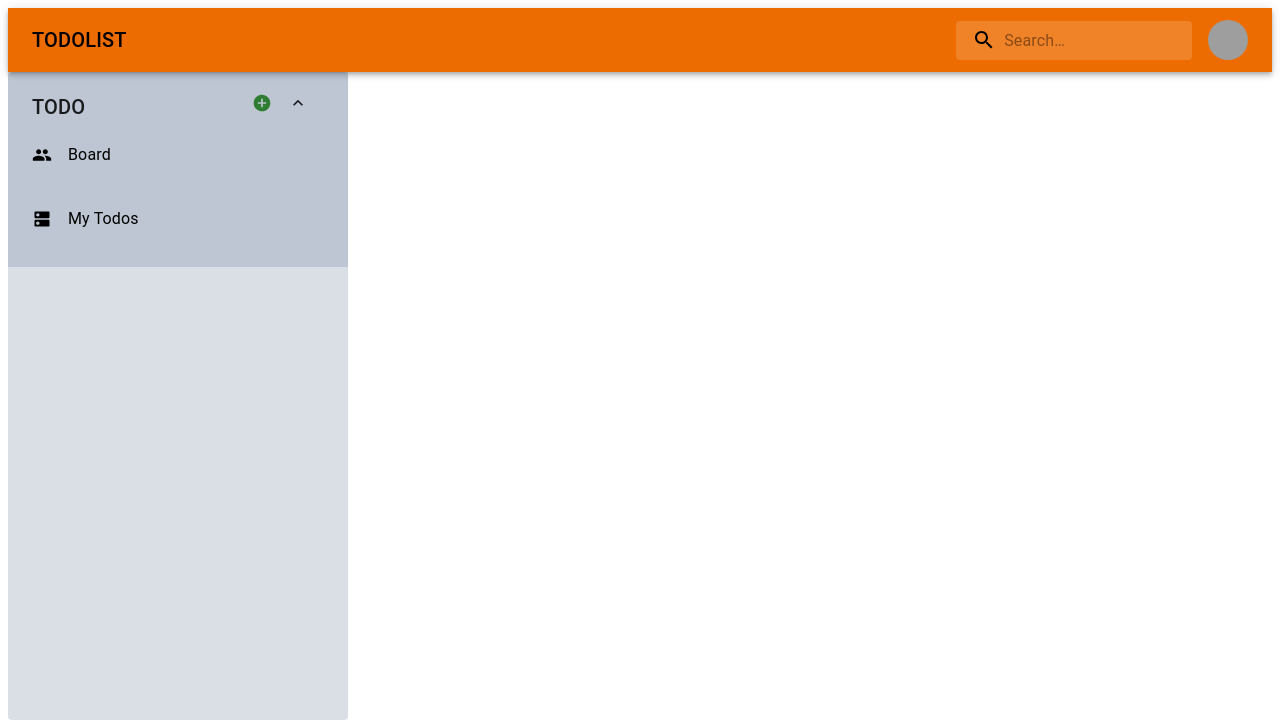
Repository: HrishrathTBS/Trackerbea
Page: /mytodos (app in client/)
These files come from the project's save history. The page is drawn as it stood at one moment and after a run of saves; the edit follows.
The browser window is 1280 px wide. The pictures show the whole page.
Pictures or frames that could not be fetched are drawn as grey boxes. The project was rebuilt for these pictures with package versions that can differ from the ones it lists, and the page was loaded fresh each time. Also part of the build but not shown: client/src/components/TodoList.js, client/src/components/Board.js.

Above is the page before, as saved 2022-03-09 14:28:48.

### client/public/index.html
<!DOCTYPE html>
<html lang="en">
  <head>
    <meta charset="utf-8" />
    <link rel="icon" href="%PUBLIC_URL%/favicon.ico" />
    <meta name="viewport" content="width=device-width, initial-scale=1" />
    <meta name="theme-color" content="#000000" />
    <meta
      name="description"
      content="Web site created using mernboilerplate"
    />
    <link rel="apple-touch-icon" href="%PUBLIC_URL%/logo192.png" />
    <!--
      manifest.json provides metadata used when your web app is installed on a
      user's mobile device or desktop. See https://developers.google.com/web/fundamentals/web-app-manifest/
    -->
    <link rel="manifest" href="%PUBLIC_URL%/manifest.json" />
    <!--
      Notice the use of %PUBLIC_URL% in the tags above.
      It will be replaced with the URL of the `public` folder during the build.
      Only files inside the `public` folder can be referenced from the HTML.

      Unlike "/favicon.ico" or "favicon.ico", "%PUBLIC_URL%/favicon.ico" will
      work correctly both with client-side routing and a non-root public URL.
      Learn how to configure a non-root public URL by running `npm run build`.
    -->
    <title>MERN App</title>
  </head>
  <body>
    <noscript>You need to enable JavaScript to run this app.</noscript>
    <div id="root"></div>
    <!--
      This HTML file is a template.
      If you open it directly in the browser, you will see an empty page.

      You can add webfonts, meta tags, or analytics to this file.
      The build step will place the bundled scripts into the <body> tag.

      To begin the development, run `npm start` or `yarn start`.
      To create a production bundle, use `npm run build` or `yarn build`.
    -->
  </body>
</html>

### client/src/App.js
import React from 'react';
import { BrowserRouter } from 'react-router-dom';
import AppRoutes from './UseRoutes';

const App = () => {
  return (
    <>
      <BrowserRouter>{<AppRoutes />}</BrowserRouter>
    </>
  );
};

export default App;

### client/src/UseRoutes.js
import React from 'react';
import { useRoutes } from 'react-router-dom';
import Board from './components/Board';
import Layout from './components/Layout';
import MyTodos from './components/MyTodos';

const AppRoutes = () => {
  return useRoutes([
    {
      path: '',
      element: <Layout />,
      children: [
        {
          path: 'board',
          element: <Board />,
        },
        {
          path: 'mytodos',
          element: <MyTodos />,
        },
      ],
    },
  ]);
};

export default AppRoutes;

### client/src/components/Layout.js
import React from 'react';
import { Outlet } from 'react-router-dom';
import Header from './Header';
import SideBar from './SideBar';

const Layout = () => {
  return (
    <>
      <Header />
      <div style={{ display: 'flex' }}>
        <SideBar />
        {<Outlet />}
      </div>
    </>
  );
};

export default Layout;

### client/src/components/MyTodos.js
import React from 'react';

const MyTodos = () => {
  return (
    <div>
      <h1></h1>
    </div>
  );
};

export default MyTodos;

### client/src/components/Header.js
import * as React from 'react';
import AppBar from '@mui/material/AppBar';
import Box from '@mui/material/Box';
import Toolbar from '@mui/material/Toolbar';
import IconButton from '@mui/material/IconButton';
import Typography from '@mui/material/Typography';
import Menu from '@mui/material/Menu';
import MenuIcon from '@mui/icons-material/Menu';
import Container from '@mui/material/Container';
import Avatar from '@mui/material/Avatar';
import Tooltip from '@mui/material/Tooltip';
import MenuItem from '@mui/material/MenuItem';
import SearchIcon from '@mui/icons-material/Search';
import { styled, alpha } from '@mui/material/styles';
import { InputBase } from '@mui/material';

const pages = ['Header'];
const settings = ['Profile', 'Account', 'Dashboard', 'Logout'];

const Search = styled('div')(({ theme }) => ({
  position: 'relative',
  borderRadius: theme.shape.borderRadius,
  backgroundColor: alpha(theme.palette.common.white, 0.15),
  '&:hover': {
    backgroundColor: alpha(theme.palette.common.white, 0.25),
  },
  marginRight: theme.spacing(2),
  marginLeft: 0,
  width: '100%',
  [theme.breakpoints.up('sm')]: {
    marginLeft: theme.spacing(3),
    width: 'auto',
  },
}));
const SearchIconWrapper = styled('div')(({ theme }) => ({
  padding: theme.spacing(0, 2),
  height: '100%',
  position: 'absolute',
  pointerEvents: 'none',
  color: 'black',
  display: 'flex',
  alignItems: 'center',
  justifyContent: 'center',
}));
const StyledInputBase = styled(InputBase)(({ theme }) => ({
  color: 'black',
  '& .MuiInputBase-input': {
    padding: theme.spacing(1, 1, 1, 0),
    paddingLeft: `calc(1em + ${theme.spacing(4)})`,
    transition: theme.transitions.create('width'),
    width: '100%',
    [theme.breakpoints.up('md')]: {
      width: '20ch',
    },
  },
}));

const Header = () => {
  const [anchorElNav, setAnchorElNav] = React.useState(null);
  const [anchorElUser, setAnchorElUser] = React.useState(null);

  const handleOpenNavMenu = (event) => {
    setAnchorElNav(event.currentTarget);
  };
  const handleOpenUserMenu = (event) => {
    setAnchorElUser(event.currentTarget);
  };

  const handleCloseNavMenu = () => {
    setAnchorElNav(null);
  };

  const handleCloseUserMenu = () => {
    setAnchorElUser(null);
  };

  return (
    <AppBar position='static' color='warning'>
      <Container maxWidth='xl'>
        <Toolbar disableGutters>
          <Typography variant='h6' noWrap component='div' sx={{ mr: 2, display: { xs: 'none', md: 'flex', color: 'black' } }}>
            TODOLIST
          </Typography>
          <Box sx={{ flexGrow: 1, display: { xs: 'flex', md: 'none' } }}>
            <IconButton size='large' aria-label='account of current user' aria-controls='menu-appbar' aria-haspopup='true' onClick={handleOpenNavMenu} color='inherit'>
              <MenuIcon />
            </IconButton>
            <Menu
              id='menu-appbar'
              anchorEl={anchorElNav}
              anchorOrigin={{
                vertical: 'bottom',
                horizontal: 'left',
              }}
              keepMounted
              transformOrigin={{
                vertical: 'top',
                horizontal: 'left',
              }}
              open={Boolean(anchorElNav)}
              onClose={handleCloseNavMenu}
              sx={{
                display: { xs: 'block', md: 'none' },
              }}
            >
              {pages.map((page) => (
                <MenuItem key={page} onClick={handleCloseNavMenu}>
                  <Typography textAlign='center'>{page}</Typography>
                </MenuItem>
              ))}
            </Menu>
          </Box>

          <Typography variant='h6' noWrap component='div' sx={{ flexGrow: 1, display: { xs: 'flex', md: 'none' } }}>
            TODOLIST
          </Typography>
          <Box sx={{ flexGrow: 1, display: { xs: 'none', md: 'flex' } }}></Box>
          <Search>
            <SearchIconWrapper>
              <SearchIcon />
            </SearchIconWrapper>
            <StyledInputBase placeholder='Search…' inputProps={{ 'aria-label': 'search' }} />
          </Search>
          <Box sx={{ flexGrow: 0 }}>
            <Tooltip title='Open settings'>
              <IconButton onClick={handleOpenUserMenu} sx={{ p: 0 }}>
                <Avatar alt='Remy Sharp' src='/static/images/avatar/2.jpg' />
              </IconButton>
            </Tooltip>
            <Menu
              sx={{ mt: '45px' }}
              id='menu-appbar'
              anchorEl={anchorElUser}
              anchorOrigin={{
                vertical: 'top',
                horizontal: 'right',
              }}
              keepMounted
              transformOrigin={{
                vertical: 'top',
                horizontal: 'right',
              }}
              open={Boolean(anchorElUser)}
              onClose={handleCloseUserMenu}
            >
              {settings.map((setting) => (
                <MenuItem key={setting} onClick={handleCloseUserMenu}>
                  <Typography textAlign='center'>{setting}</Typography>
                </MenuItem>
              ))}
            </Menu>
          </Box>
        </Toolbar>
      </Container>
    </AppBar>
  );
};
export default Header;

### client/src/components/SideBar.js
import * as React from 'react';
import Box from '@mui/material/Box';
import { styled, ThemeProvider, createTheme } from '@mui/material/styles';
import Divider from '@mui/material/Divider';
import List from '@mui/material/List';
import ListItemButton from '@mui/material/ListItemButton';
import ListItemIcon from '@mui/material/ListItemIcon';
import ListItemText from '@mui/material/ListItemText';
import Paper from '@mui/material/Paper';
import People from '@mui/icons-material/People';
import Dns from '@mui/icons-material/Dns';
import ListItem from './ListItem';

const data = [
  { icon: <People />, label: 'Board', link: '/board' },
  { icon: <Dns />, label: 'My Todos ', link: '/mytodos' },
];

const FireNav = styled(List)({
  '& .MuiListItemButton-root': {
    paddingLeft: 24,
    paddingRight: 24,
  },
  '& .MuiListItemIcon-root': {
    minWidth: 0,
    marginRight: 16,
  },
  '& .MuiSvgIcon-root': {
    fontSize: 20,
  },
});

export default function CustomizedList({ primary }) {
  const [open, setOpen] = React.useState(true);

  return (
    <Box sx={{ display: 'flex', height: '90vh' }}>
      <ThemeProvider
        theme={createTheme({
          components: {
            MuiListItemButton: {
              defaultProps: {
                disableTouchRipple: true,
              },
            },
          },
          palette: {
            background: { paper: 'rgba(71, 98, 130, 0.2)' },
          },
        })}
      >
        <Paper elevation={0} sx={{ maxWidth: 370 }}>
          <FireNav component='nav' disablePadding>
            <Divider />
            <Box
              sx={{
                bgcolor: open ? 'rgba(71, 98, 130, 0.2)' : null,
                pb: open ? 2 : 0,
              }}
            >
              <ListItem primary='ToDo' />
              {open &&
                data.map((item) => (
                  <ListItemButton key={item.label} sx={{ py: 2, minHeight: 32, color: 'rgba(0,0,0,1)', justifyContent: 'flex-start' }}>
                    <ListItemIcon sx={{ color: 'inherit' }}>{item.icon}</ListItemIcon>
                    <ListItemText>
                      <a href={item.link} style={{ textDecoration: 'none', color: 'black' }}>
                        {item.label}
                      </a>
                    </ListItemText>
                  </ListItemButton>
                ))}
            </Box>
          </FireNav>
        </Paper>
      </ThemeProvider>
    </Box>
  );
}

### client/src/components/ListItem.js
import { ListItemText } from '@mui/material';
import ListItemButton from '@mui/material/ListItemButton';
import AddCircleIcon from '@mui/icons-material/AddCircle';
import KeyboardArrowDown from '@mui/icons-material/KeyboardArrowDown';
import React from 'react';
const ListItem = () => {
  const [open, setOpen] = React.useState(true);
  return (
    <ListItemButton
      alignItems='flex-start'
      sx={{
        px: 3,
        pt: 2.5,
        pb: open ? 0 : 2.5,
        '&:hover, &:focus': { '& svg': { opacity: open ? 1 : 1 } },
      }}
    >
      <ListItemText
        primary='TODO'
        primaryTypographyProps={{
          fontSize: 20,
          width: '220px',
          fontWeight: 'medium',
          lineHeight: '20px',
          mb: '2px',
        }}
      />
      <AddCircleIcon color='success' />
      <KeyboardArrowDown
        onClick={() => setOpen(!open)}
        sx={{
          opacity: 1,
          px: 2,
          transform: open ? 'rotate(-180deg)' : 'rotate(0)',
          transition: '0.5s',
        }}
      />
    </ListItemButton>
  );
};
export default ListItem;

Loaded but not shown: client/src/index.js (common file)

After the next 3 saves:
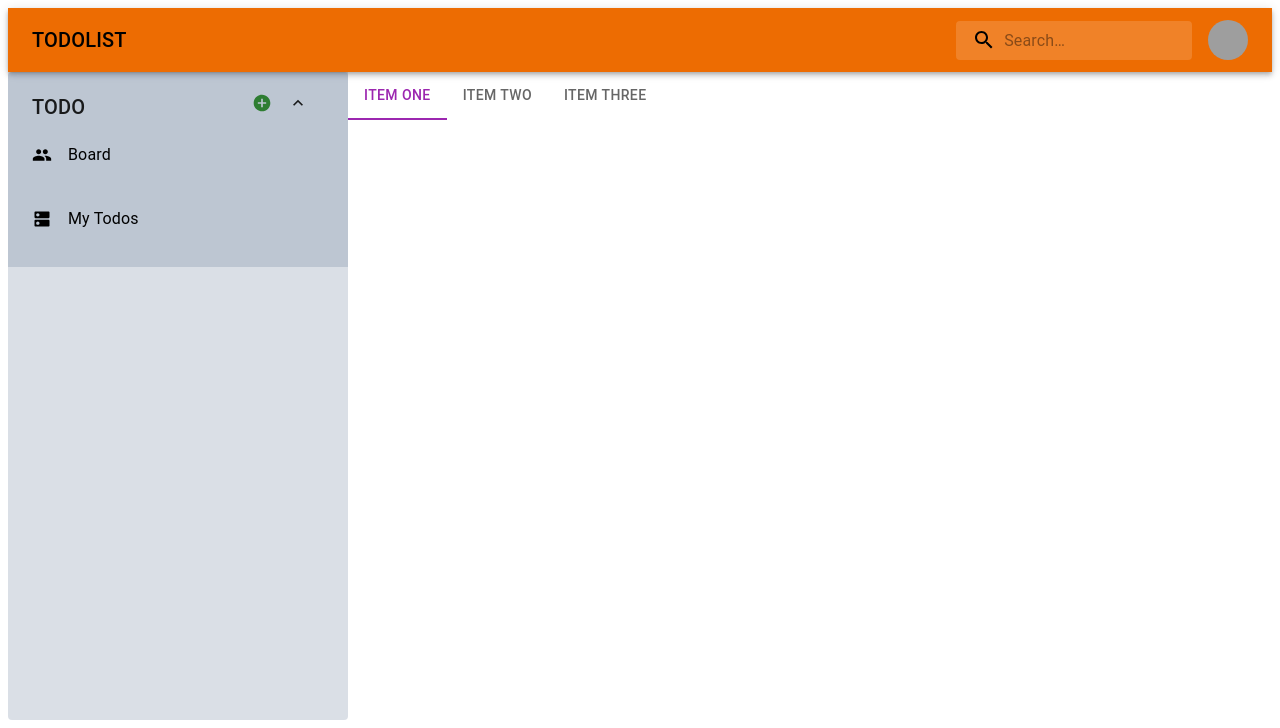
The 3 saves are shown as one change because 2 did not build or start.
The last was saved 30 min 55 s later.
--- a/client/src/components/MyTodos.js
+++ b/client/src/components/MyTodos.js
@@ -1,10 +1,22 @@
 import React from 'react';
+import Tabs from '@mui/material/Tabs';
+import Tab from '@mui/material/Tab';
+import Box from '@mui/material/Box';
+const MyTodos = () => {
+  const [value, setValue] = React.useState('one');
 
-const MyTodos = () => {
+  const handleChange = (event, newValue) => {
+    setValue(newValue);
+  };
+
   return (
-    <div>
-      <h1></h1>
-    </div>
+    <Box sx={{ width: '100%' }}>
+      <Tabs value={value} onChange={handleChange} textColor='secondary' indicatorColor='secondary' aria-label='secondary tabs example'>
+        <Tab value='one' label='Item One' />
+        <Tab value='two' label='Item Two' />
+        <Tab value='three' label='Item Three' />
+      </Tabs>
+    </Box>
   );
 };
 
